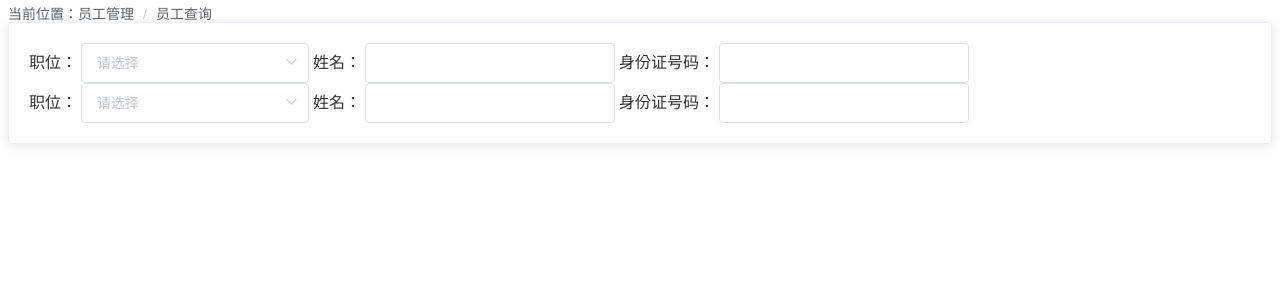
Repository: YUNjwyao/vue_hrm
Page: /#/employee
The author's editor kept a copy of each file at every save. The page is drawn from the files as they stood at one save, then again after the next save.
The browser window is 1280 px wide. The pictures show the whole page.
The project was rebuilt for these pictures with package versions that can differ from the ones it lists, and the page was loaded fresh each time.

Above is the page before, as saved 2020-10-15 19:14:26.

### src/App.vue
<template>
  <div id="app">
     <!-- 路由占位符 -->
     <router-view></router-view>
  </div>
</template>

<script>

export default {

}
</script>

<style lang="less" scoped>

</style>

### src/router/index.js
import Vue from 'vue'
import VueRouter from 'vue-router'
import EmployeeQuery from '../components/Employee/EmployeeQuery.vue'

Vue.use(VueRouter)

const routes = [
 {
   path: '/employee',component: EmployeeQuery
 }
]

const router = new VueRouter({
  routes
})

export default router

### src/plugins/element.js
import Vue from 'vue'
import {
    Button,
    Breadcrumb,
    BreadcrumbItem,
    Card,
    Select,
    Option,
    Input,
    Row
} from 'element-ui'


Vue.use(Button)
Vue.use(Breadcrumb)
Vue.use(BreadcrumbItem)
Vue.use(Card)
Vue.use(Select)
Vue.use(Option)
Vue.use(Input)
Vue.use(Row)

### src/components/Employee/EmployeeQuery.vue
<template>
  <div class="employee">
    <!-- 面包屑导航 -->
    <el-breadcrumb separator="/">
      <el-breadcrumb-item>当前位置：员工管理</el-breadcrumb-item>
      <el-breadcrumb-item><a href="/">员工查询</a></el-breadcrumb-item>
    </el-breadcrumb>
    <!-- 查询输入框 -->
    <el-card>
      <el-row>
        职位：
        <el-select v-model="value" placeholder="请选择">
          <el-option
            v-for="item in options"
            :key="item.value"
            :label="item.label"
            :value="item.value"
          >
          </el-option>
        </el-select>
        姓名：
        <el-input v-model="input"></el-input>
        身份证号码：
        <el-input v-model="input"></el-input>
      </el-row>
	  <el-row>
        职位：
        <el-select v-model="value" placeholder="请选择">
          <el-option
            v-for="item in options"
            :key="item.value"
            :label="item.label"
            :value="item.value"
          >
          </el-option>
        </el-select>
        姓名：
        <el-input v-model="input"></el-input>
        身份证号码：
        <el-input v-model="input"></el-input>
      </el-row>
    </el-card>
  </div>
</template>

<script>
export default {
  data() {
    return {
      options: [
        {
          value: "选项1",
          label: "经理",
        },
        {
          value: "选项2",
          label: "职员",
        },
      ],
    };
  },
};
</script>

<style lang="less" scoped>
.el-input {
  width: 250px;
}
</style>

Loaded but not shown: public/index.html (common file); src/main.js (common file); src/store/index.js (common file)

After the next save:
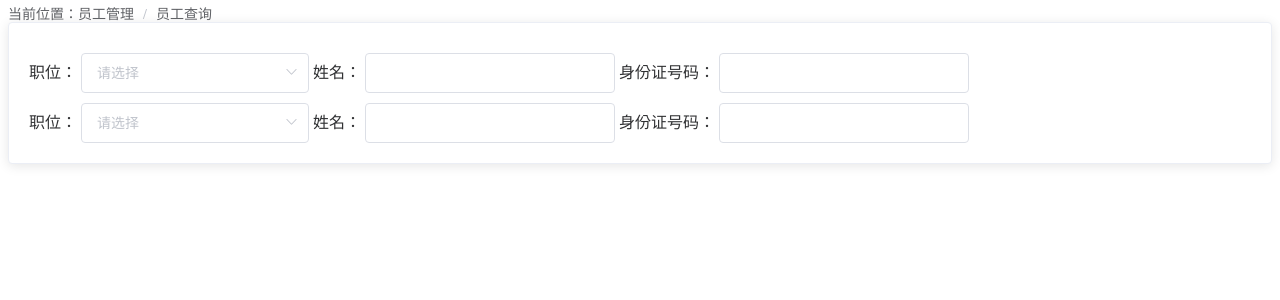
Saved 37 s later.
--- a/src/components/Employee/EmployeeQuery.vue
+++ b/src/components/Employee/EmployeeQuery.vue
@@ -66,4 +66,7 @@ export default {
 .el-input {
   width: 250px;
 }
+.el-row{
+	margin-top: 10px;
+}
 </style>
